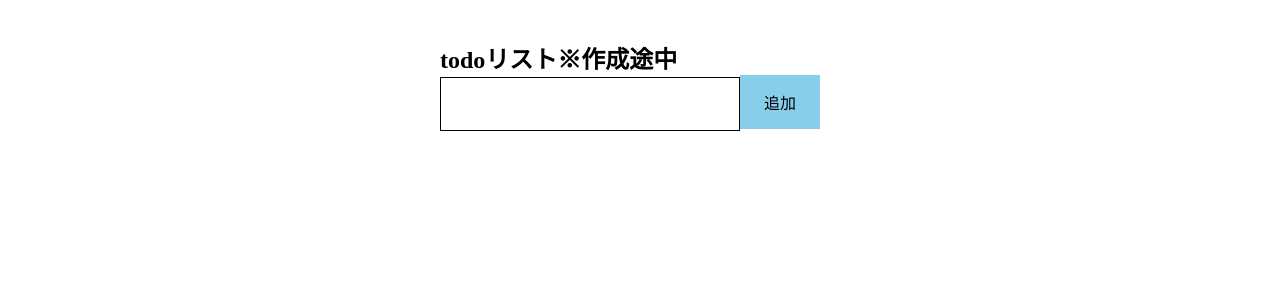
Repository: FujieRyou/react_practice
Page: /
These files come from the project's save history. The page is drawn as it stood at one moment and after the next save; the edit follows.
The browser window is 1280 px wide. The pictures show the whole page.
The project was rebuilt for these pictures with package versions that can differ from the ones it lists, and the page was loaded fresh each time. Also part of the build but not shown: vite.config.js, src/components/testComponent.jsx, src/components/countUp.jsx, src/components/switchFlag.jsx, src/components/props1.jsx, src/components/profile.jsx, src/components/ivent.jsx.

Above is the page before, as saved 2023-01-19 03:49:15.

After the next save:
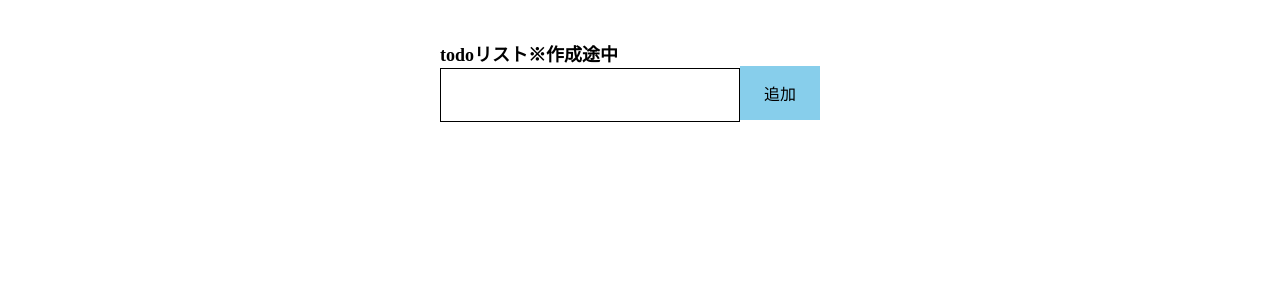
Saved 71 s later.
--- a/src/scss/style.scss
+++ b/src/scss/style.scss
@@ -46,6 +46,9 @@ input{
     height: 200px;
     margin: 0 auto;
     padding-top: 40px;
+    h2{
+        font-size: 18px;
+    }
 }
 
 .addBtn{
